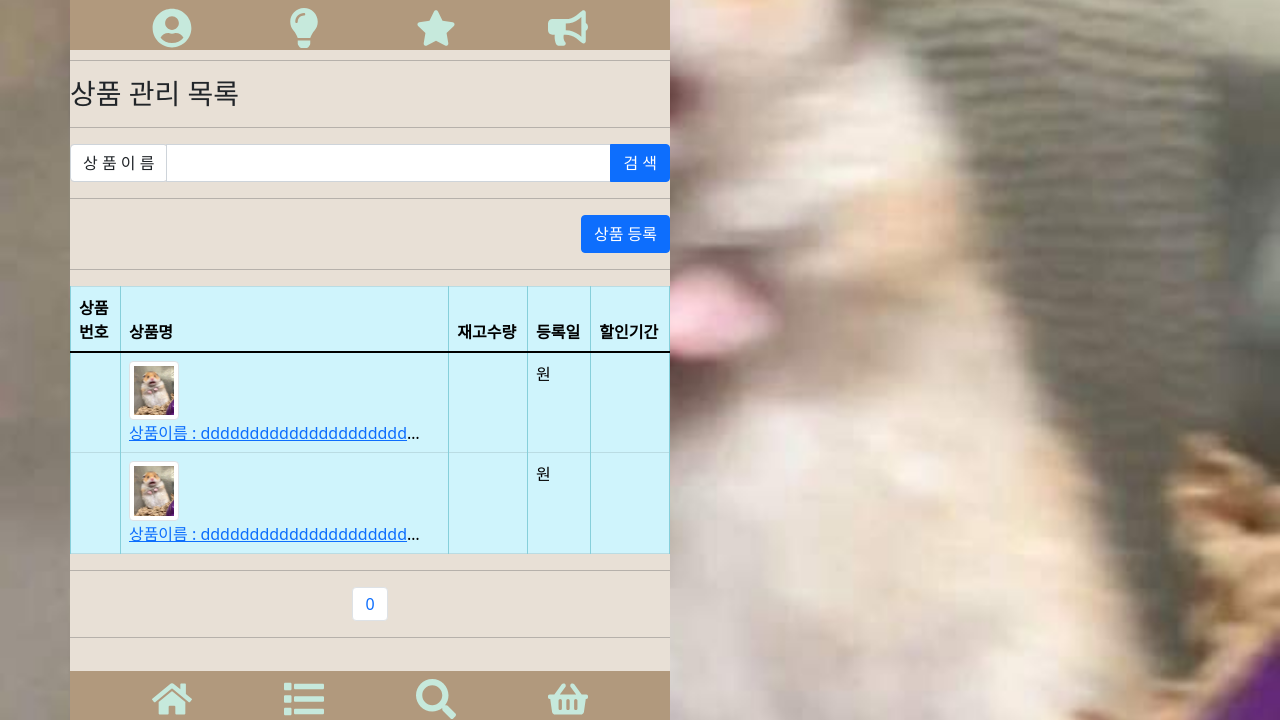
Repository: heegyu97/project
Page: http://localhost/0801_mvc2/WEB-INF/views/seller/productList.jsp
An editor plug-in stored every save of this project. The page is shown before and after the next save, followed by the edit.
The browser window is 1280 px wide. The pictures show the whole page.
Some web libraries are served in a nearby version. The page is served by Tomcat 9. Nobody is signed in. The template is opened directly, without the code that normally fills it, so the values that code supplies are empty.

Above is the page before, as saved 2022-08-11 08:15:32.

After the next save:
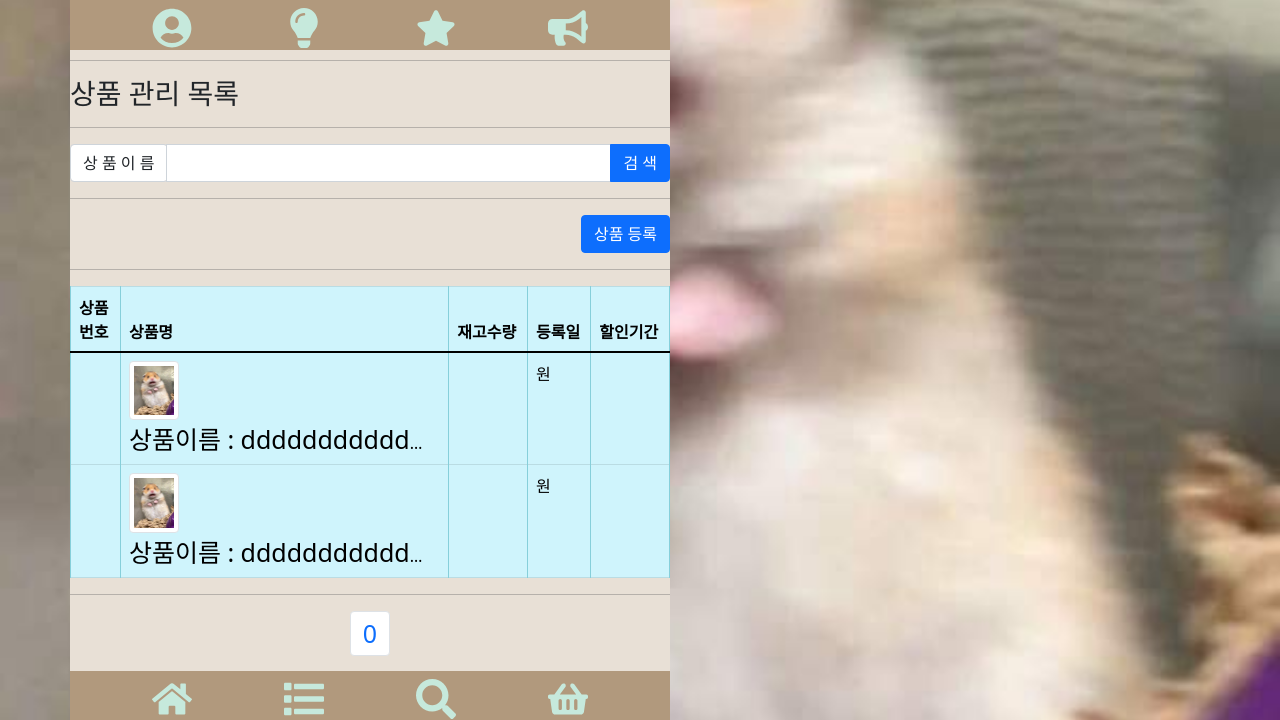
Saved 55 s later.
--- a/0801_mvc2/src/main/webapp/WEB-INF/views/seller/productList.jsp
+++ b/0801_mvc2/src/main/webapp/WEB-INF/views/seller/productList.jsp
@@ -13,6 +13,11 @@
 			white-space: nowrap;
 		 	overflow: hidden;
  			text-overflow: ellipsis;
+		}
+		a{
+			text-decoration : none;
+			color: black;
+			font-size: 25px;
 		}
 		</style>
 	</head>
